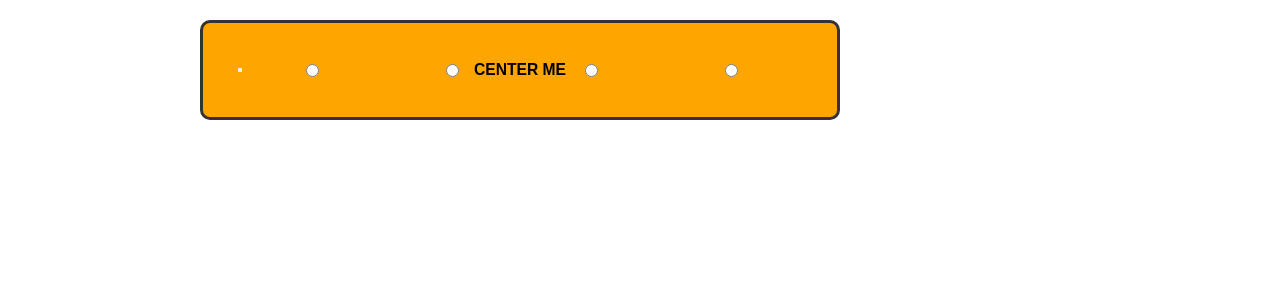
Repository: phanvu0103/HTML-CSS
Page: CSS_17.2_Các-cách-căn-giữa-trong-CSS/index.html
The author's editor kept a copy of each file at every save. The page is drawn from the files as they stood at one save, then again after the next save.
The browser window is 1280 px wide. The pictures show the whole page.

Above is the page before, as saved 2022-09-24 13:25:57.

### CSS_17.2_Các-cách-căn-giữa-trong-CSS/index.html
<!DOCTYPE html>
<html lang="en">
  <head>
    <meta charset="UTF-8" />
    <meta http-equiv="X-UA-Compatible" content="IE=edge" />
    <meta name="viewport" content="width=device-width, initial-scale=1.0" />
    <title>Các Cách căn giữa trong Css</title>
    <link rel="stylesheet" href="style.css" />
  </head>
  <body>
    <div class="box">
      <button>
        <h3>CENTER ME</h3>
      </button>
      <input name="made" type="radio" />
      <input name="made" type="radio" />
      <input name="made" type="radio" />
      <input name="made" type="radio" />
    </div>
  </body>
</html>

### CSS_17.2_Các-cách-căn-giữa-trong-CSS/style.css
* {
  margin: 0;
  padding: 0;
  box-sizing: border-box;
}
.box {
  background-color: orange;
  width: 50%;
  height: 100px;
  display: flex;
  left: 200px;
  top: 20px;
  /* right: 50%; */
  /* --height: 100px; */
  /* biến logo của box h3 costheer thường hưởng có thể đổi 200px
  cungxko sao */
  /* height: var(--height 100px) */
  /* có thể dùng display */
  display: flex;
  align-items: center;
  justify-content: center;
  /* có thể dùng position: relative và position:absolute top left
  transform nên sử dụng % cho h3
  */
  position: relative;
  border-radius: 10px;
  border: 3px solid #333;
}
h3 {
  /* căn giữa dấu gạch trước CENTER */
  /* margin: auto;
  position: relative; */

  text-align: center;
  /* line-height: var(--height); */
  /* line-height: 100px; */
  position: absolute;
  top: 50%;
  left: 50%;
  transform: translate(-50%, -50%);
}
/* h3::after {
  /* căn giữa dấu gạch trước CENTER */
/* position: absolute;
  left: -10px;
  content: "";
  border-left: 3px solid #333;
  height: 20px; */
/* top: 50%;
  transform: translate(-50%, -50%);  */
/* } */
input {
  display: block;
  align-items: center;
  justify-content: center;
  margin: 10%;
}

After the next save:
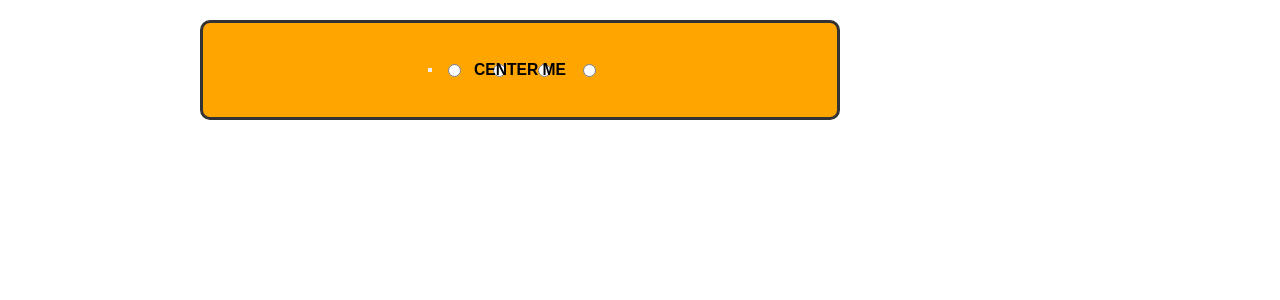
Saved 10 s later.
--- a/CSS_17.2_Các-cách-căn-giữa-trong-CSS/style.css
+++ b/CSS_17.2_Các-cách-căn-giữa-trong-CSS/style.css
@@ -53,5 +53,5 @@
   display: block;
   align-items: center;
   justify-content: center;
-  margin: 10%;
+  margin: 1rem;
 }
